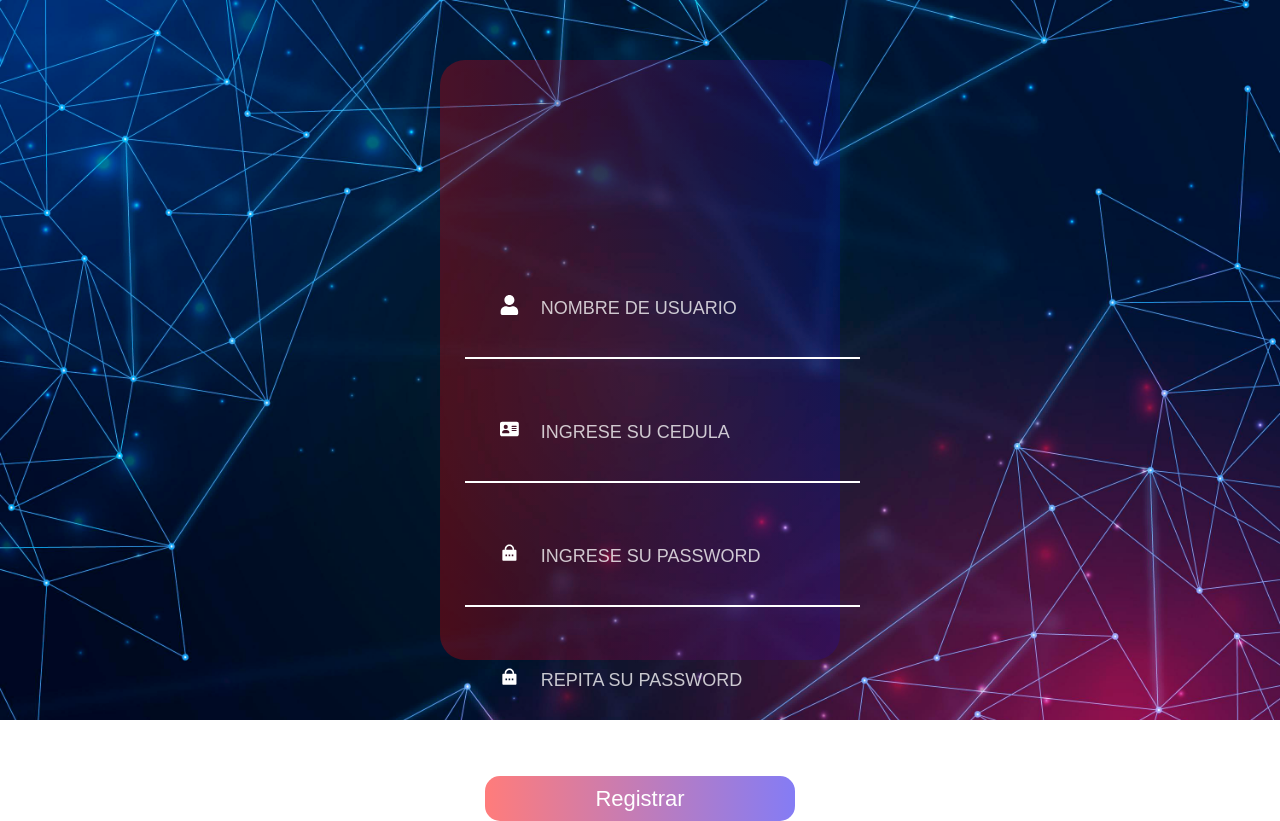
Repository: Davic1o/municipio
Page: /Registro
These files come from the project's save history. The page is drawn as it stood at one moment and after the next save; the edit follows.
The browser window is 1280 px wide. The pictures show the whole page.
The project was rebuilt for these pictures with package versions that can differ from the ones it lists, and the page was loaded fresh each time. Also part of the build but not shown: src/pages/Login/Login.jsx, src/pages/Administrador/Admin.jsx, src/pages/Coord/Coord.jsx, src/pages/User/User.jsx.

Above is the page before, as saved 2024-02-06 17:50:09.

### src/index.js
import React from 'react';
import ReactDOM from 'react-dom/client';
import './index.css';
import App from './App';
import { BrowserRouter } from 'react-router-dom';

const root = ReactDOM.createRoot(document.getElementById('root'));
root.render(
  <BrowserRouter>
    <App />
   </BrowserRouter>
);

### src/index.css
body {
  margin: 0;
  font-family: -apple-system, BlinkMacSystemFont, 'Segoe UI', 'Roboto', 'Oxygen',
    'Ubuntu', 'Cantarell', 'Fira Sans', 'Droid Sans', 'Helvetica Neue',
    sans-serif;
  -webkit-font-smoothing: antialiased;
  -moz-osx-font-smoothing: grayscale;
}

code {
  font-family: source-code-pro, Menlo, Monaco, Consolas, 'Courier New',
    monospace;
}
input{
  text-decoration: none;
  border: none;
}
button{
  background-color: transparent;
  text-decoration: none;
  border: none;
}

### src/App.jsx

import './App.css';
import Rutas from './routes/Rutas';

function App() {
  return (
    <div className="App">
      <Rutas/>
    </div>
  );
}

export default App;

### src/routes/Rutas.jsx
import React from 'react'
import { Routes, Route } from 'react-router-dom';
import Login from '../pages/Login/Login';
import Admin from '../pages/Administrador/Admin';
import Coord from '../pages/Coord/Coord';
import User from '../pages/User/User';
import Register from '../pages/Register/Register';


function Rutas() {
  return (


    <Routes>
    <Route exact path="/" element={<Login/>} />
    <Route exact path="/Registro" element={<Register/>} />
    <Route exact path="/Administrador" element={<Admin/>} />
    <Route path='/Coordinador' element={<Coord/>} />
    <Route path='/Usuario' element={<User/>} />

    </Routes>

  )
}

export default Rutas

### src/pages/Register/Register.jsx
import React, { useState } from 'react';
import { FaUser } from 'react-icons/fa';
import { RiLockPasswordFill } from 'react-icons/ri';
import { useNavigate } from 'react-router-dom';
import { FaAddressCard } from "react-icons/fa6";
import './login.css';

const Register = () => {
  const navigate = useNavigate();

  return (
    <div className="login__container">
      <div className="login__recuadro">
        <div className="login__formulario">
          <div className="contenedor__nombre">
            <FaUser className="icon__nombre" />
            <input
              type="text"
              className="inp__nombre"
              placeholder="NOMBRE DE USUARIO"
            />
          </div>
          <div className="contenedor__nombre">
          <FaAddressCard className="icon__password"/>
            <input
              type="password"
              className="inp__password"
              placeholder="INGRESE SU CEDULA"

            />
          </div>
          <div className="contenedor__password">
          <RiLockPasswordFill className="icon__password" />
            <input
              type="password"
              className="inp__password"
              placeholder="INGRESE SU PASSWORD"

            />

          </div>
          <div className="contenedor__password">
          <RiLockPasswordFill className="icon__password" />
            <input
              type="password"
              className="inp__password"
              placeholder="REPITA SU PASSWORD"

            />


          </div>
          <div className="contendor__ingresar">
            <button className="btn__ingresar" >
              Registrar
            </button>
          </div>
        </div>
      </div>
    </div>
  );
};

export default Register;

### src/pages/Login/login.css
.login__container {
    background-image:  url('../../images/fondo_informacion.jpg');
    background-size: cover;
    height: 100vh;
    width: 100vw;
    box-sizing: border-box;
    display: flex;
    align-items: center;
    justify-content: center;
    z-index: 0;
}
.login__recuadro{
    width: 400px;
    height: 600px;
    border-radius: 25px;
    background: linear-gradient(to right, rgba(253, 0, 0, 0.288) 1%, rgba(16, 0, 235, 0.171));
}
.login__formulario{
    margin-top: 200px;
}
.contenedor__nombre, .contenedor__password{
    padding: 35px;
    width: 325px;
    margin: 25px;
    display: flex;
    border-bottom: 2px solid white ;
}
.icon__nombre, .icon__password{
    margin-right: 20px;
    font-size: 20px;
    background-color: transparent;
    color: white;
}
.inp__nombre, .inp__password{

    background-color: transparent;
    width: 300px;
    height: 25px;
    font-size: 18px;
    color: white;
}
.inp__nombre::placeholder, .inp__password::placeholder{
    font-size: 18px;
color: rgba(255, 255, 255, 0.767);
}
.inp__nombre:focus, .inp__password:focus{
    outline: none;
    font-size: 18px;
    border: none;
    color: white;
}
.contenedor__recuerdame{
    width: 325px;
    margin: 25px;
    display: flex;
}
.inp__recuerdame{
    transform: scale(1.5);
    margin-right: 20px;
}
.lbl__recuerdame{
    font-size: 18px;
    color: white;
}
.contenedor__registrar{
    width: 325px;
    margin: 25px;
    display: flex;
    justify-content: right;
}
.lbl__registrar{
    color: white;
}
.lbl__registrar:hover{
    color: blue;
    cursor: pointer;
}
.contendor__ingresar{

    background: linear-gradient(to right, rgba(253, 0, 0, 0.514) 1%, rgba(16, 0, 235, 0.514));
    border-radius: 15px;
    margin: 45px;
    display: flex;
    justify-content: center;
}
.btn__ingresar{
    height: 45px;
    color: white;
    font-size: 22px;
    cursor: pointer;

}

### src/pages/Register/login.css
.login__container {
    background-image:  url('../../images/fondo_informacion.jpg');
    background-size: cover;
    height: 100vh;
    width: 100vw;
    box-sizing: border-box;
    display: flex;
    align-items: center;
    justify-content: center;
    z-index: 0;
}
.login__recuadro{
    width: 400px;
    height: 600px;
    border-radius: 25px;
    background: linear-gradient(to right, rgba(253, 0, 0, 0.288) 1%, rgba(16, 0, 235, 0.171));
}
.login__formulario{
    margin-top: 200px;
}
.contenedor__nombre, .contenedor__password{
    width: 325px;
    margin: 25px;
    display: flex;
    border-bottom: 2px solid white ;
}
.icon__nombre, .icon__password{
    margin-right: 20px;
    font-size: 20px;
    background-color: transparent;
    color: white;
}
.inp__nombre, .inp__password{

    background-color: transparent;
    width: 300px;
    height: 25px;
    font-size: 18px;
    color: white;
}
.inp__nombre::placeholder, .inp__password::placeholder{
    font-size: 18px;
color: rgba(255, 255, 255, 0.767);
}
.inp__nombre:focus, .inp__password:focus{
    outline: none;
    font-size: 18px;
    border: none;
    color: white;
}
.contenedor__recuerdame{
    width: 325px;
    margin: 25px;
    display: flex;
}
.inp__recuerdame{
    transform: scale(1.5);
    margin-right: 20px;
}
.lbl__recuerdame{
    font-size: 18px;
    color: white;
}
.contenedor__registrar{
    width: 325px;
    margin: 25px;
    display: flex;
    justify-content: right;
}
.lbl__registrar{
    color: white;
}
.lbl__registrar:hover{
    color: blue;
    cursor: pointer;
}
.contendor__ingresar{

    background: linear-gradient(to right, rgba(253, 0, 0, 0.514) 1%, rgba(16, 0, 235, 0.514));
    border-radius: 15px;
    margin: 45px;
    display: flex;
    justify-content: center;
}
.btn__ingresar{
    height: 45px;
    color: white;
    font-size: 22px;
    cursor: pointer;

}

Loaded but not shown: public/index.html (common file); src/App.css (common file)

After the next save:
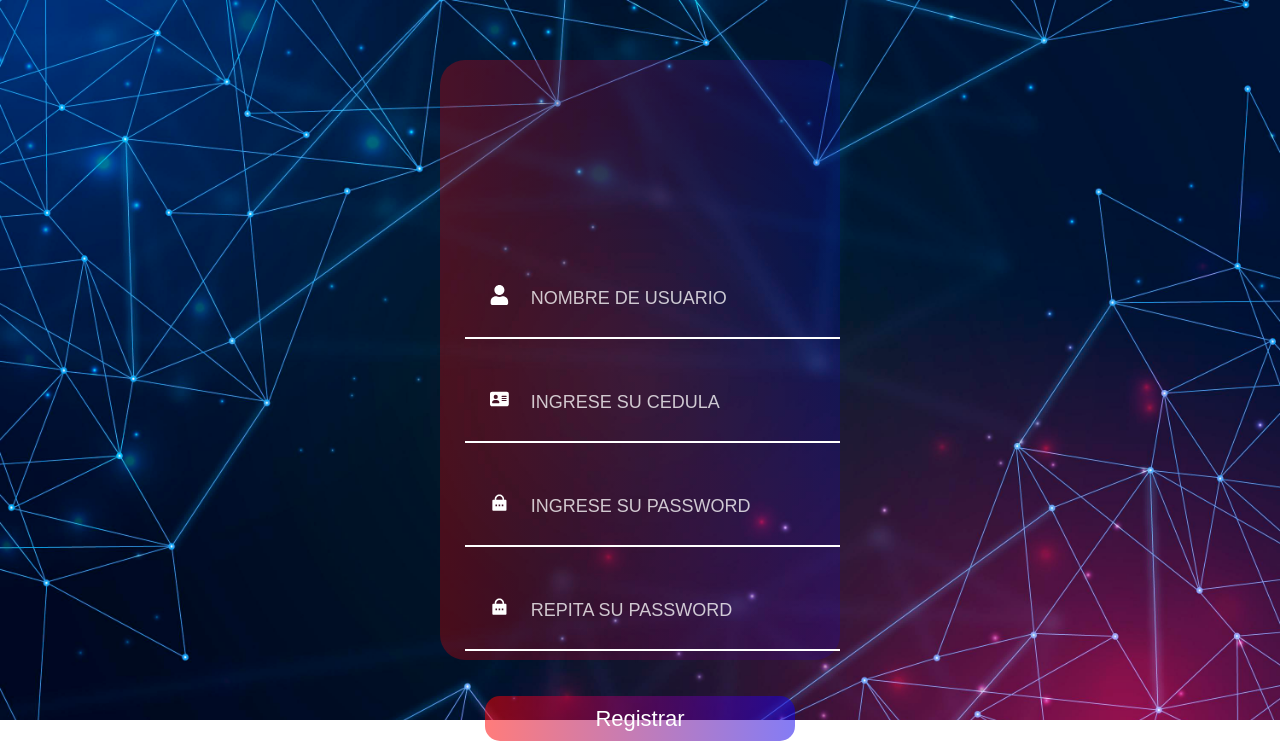
Saved 4 s later.
--- a/src/pages/Login/login.css
+++ b/src/pages/Login/login.css
@@ -19,7 +19,7 @@
     margin-top: 200px;
 }
 .contenedor__nombre, .contenedor__password{
-    padding: 35px;
+    padding: 25px;
     width: 325px;
     margin: 25px;
     display: flex;
